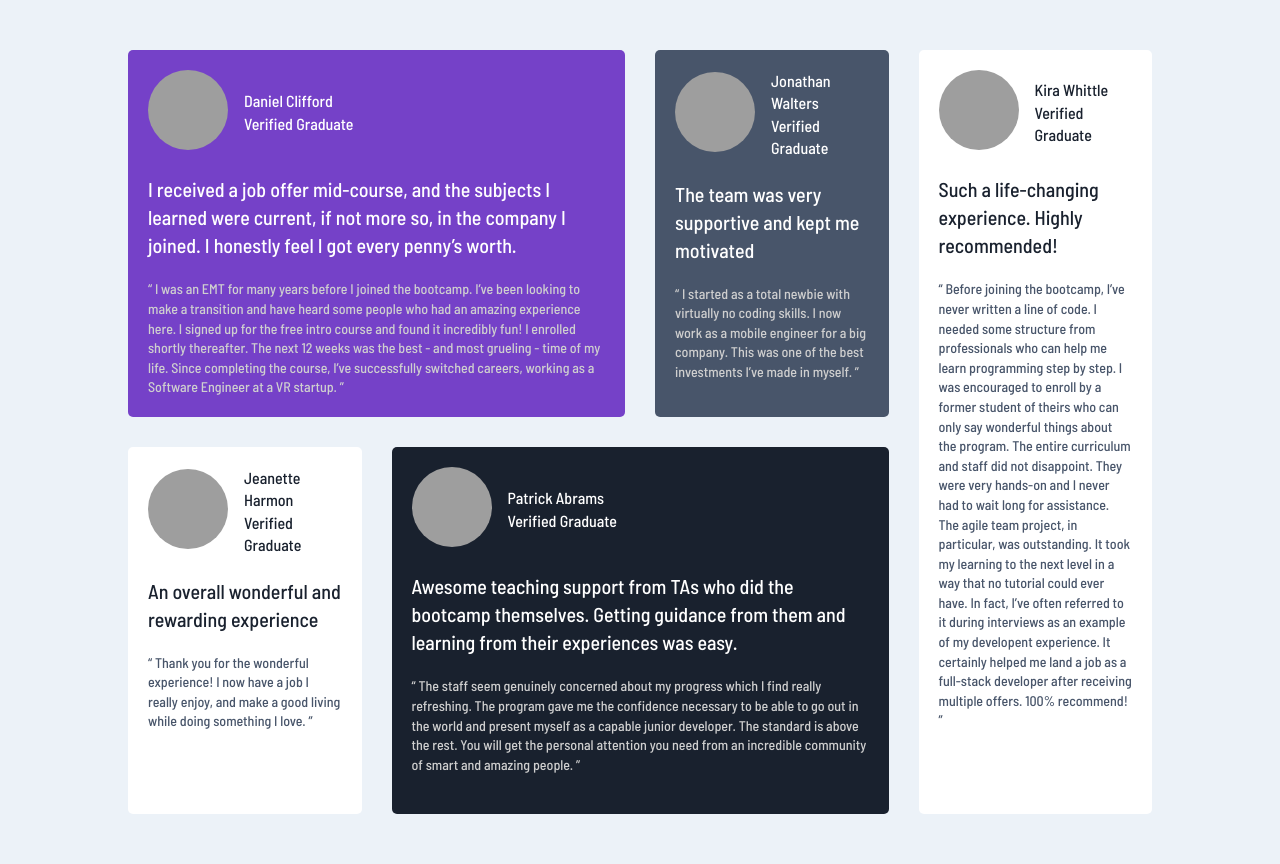
Repository: nptg3105/lab02-testimonials-grid
Page: index.html
An editor plug-in stored every save of this project. The page is shown before and after the next save, followed by the edit.
The browser window is 1280 px wide. The pictures show the whole page.
Pictures or frames that could not be fetched are drawn as grey boxes. The style sheet was rebuilt from its Sass, Less or Tailwind sources for each picture, by a compiler version that may differ from the author's.

Above is the page before, as saved 2021-12-08 22:03:03.

### index.html
<!DOCTYPE html>
<html lang="en">
  <head>
    <meta charset="UTF-8" />
    <meta http-equiv="X-UA-Compatible" content="IE=edge" />
    <meta name="viewport" content="width=device-width, initial-scale=1.0" />
    <title>Lab02 - Testimonials</title>
    <link rel="stylesheet" href="style.css" />
    <link
      href="https://fonts.googleapis.com/css2?family=Barlow+Semi+Condensed:wght@400;500;700&display=swap"
      rel="stylesheet"
    />
  </head>
  <body>
    <div class="container">
      <div class="testimonials">
        <div class="testimonials__item testimonials__item--violet">
          <div class="author">
            <div class="author__avatar">
              <img
                src="https://images.unsplash.com/photo-1570295999919-56ceb5ecca61?ixlib=rb-1.2.1&ixid=MnwxMjA3fDB8MHxzZWFyY2h8OHx8bWFufGVufDB8fDB8fA%3D%3D&auto=format&fit=crop&w=500&q=60"
                alt=""
              />
            </div>
            <div class="author__name">
              <div class="author__name--name">Daniel Clifford</div>
              <div class="author__name--status">Verified Graduate</div>
            </div>
          </div>
          <div class="testimonials__heading">
            I received a job offer mid-course, and the subjects I learned were
            current, if not more so, in the company I joined. I honestly feel I
            got every penny’s worth.
          </div>
          <div class="testimonials__desc">
            “ I was an EMT for many years before I joined the bootcamp. I’ve
            been looking to make a transition and have heard some people who had
            an amazing experience here. I signed up for the free intro course
            and found it incredibly fun! I enrolled shortly thereafter. The next
            12 weeks was the best - and most grueling - time of my life. Since
            completing the course, I’ve successfully switched careers, working
            as a Software Engineer at a VR startup. ”
          </div>
        </div>
        <div class="testimonials__item testimonials__item--grey">
          <div class="author">
            <div class="author__avatar">
              <img
                src="https://images.unsplash.com/photo-1570295999919-56ceb5ecca61?ixlib=rb-1.2.1&ixid=MnwxMjA3fDB8MHxzZWFyY2h8OHx8bWFufGVufDB8fDB8fA%3D%3D&auto=format&fit=crop&w=500&q=60"
                alt=""
              />
            </div>
            <div class="author__name">
              <div class="author__name--name">Jonathan Walters</div>
              <div class="author__name--status">Verified Graduate</div>
            </div>
          </div>

          <div class="testimonials__heading">
            The team was very supportive and kept me motivated
          </div>
          <div class="testimonials__desc">
            “ I started as a total newbie with virtually no coding skills. I now
            work as a mobile engineer for a big company. This was one of the
            best investments I’ve made in myself. ”
          </div>
        </div>
        <div class="testimonials__item testimonials__item--tall">
          <div class="author">
            <div class="author__avatar">
              <img
                src="https://images.unsplash.com/photo-1570295999919-56ceb5ecca61?ixlib=rb-1.2.1&ixid=MnwxMjA3fDB8MHxzZWFyY2h8OHx8bWFufGVufDB8fDB8fA%3D%3D&auto=format&fit=crop&w=500&q=60"
                alt=""
              />
            </div>
            <div class="author__name author__name--black">
              <div class="author__name--name">Kira Whittle</div>
              <div class="author__name--status">Verified Graduate</div>
            </div>
          </div>
          <div class="testimonials__heading testimonials__heading--black">
            Such a life-changing experience. Highly recommended!
          </div>
          <div class="testimonials__desc testimonials__desc--grey">
            “ Before joining the bootcamp, I’ve never written a line of code. I
            needed some structure from professionals who can help me learn
            programming step by step. I was encouraged to enroll by a former
            student of theirs who can only say wonderful things about the
            program. The entire curriculum and staff did not disappoint. They
            were very hands-on and I never had to wait long for assistance. The
            agile team project, in particular, was outstanding. It took my
            learning to the next level in a way that no tutorial could ever
            have. In fact, I’ve often referred to it during interviews as an
            example of my developent experience. It certainly helped me land a
            job as a full-stack developer after receiving multiple offers. 100%
            recommend! ”
          </div>
        </div>
        <div class="testimonials__item testimonials__item--white">
          <div class="author">
            <div class="author__avatar">
              <img
                src="https://images.unsplash.com/photo-1570295999919-56ceb5ecca61?ixlib=rb-1.2.1&ixid=MnwxMjA3fDB8MHxzZWFyY2h8OHx8bWFufGVufDB8fDB8fA%3D%3D&auto=format&fit=crop&w=500&q=60"
                alt=""
              />
            </div>
            <div class="author__name author__name--black">
              <div class="author__name--name">Jeanette Harmon</div>
              <div class="author__name--status">Verified Graduate</div>
            </div>
          </div>
          <div class="testimonials__heading testimonials__heading--black">
            An overall wonderful and rewarding experience
          </div>
          <div class="testimonials__desc testimonials__desc--grey">
            “ Thank you for the wonderful experience! I now have a job I really
            enjoy, and make a good living while doing something I love. ”
          </div>
        </div>
        <div class="testimonials__item testimonials__item--black">
          <div class="author">
            <div class="author__avatar">
              <img
                src="https://images.unsplash.com/photo-1570295999919-56ceb5ecca61?ixlib=rb-1.2.1&ixid=MnwxMjA3fDB8MHxzZWFyY2h8OHx8bWFufGVufDB8fDB8fA%3D%3D&auto=format&fit=crop&w=500&q=60"
                alt=""
              />
            </div>
            <div class="author__name">
              <div class="author__name--name">Patrick Abrams</div>
              <div class="author__name--status">Verified Graduate</div>
            </div>
          </div>
          <div class="testimonials__heading">
            Awesome teaching support from TAs who did the bootcamp themselves.
            Getting guidance from them and learning from their experiences was
            easy.
          </div>
          <div class="testimonials__desc">
            “ The staff seem genuinely concerned about my progress which I find
            really refreshing. The program gave me the confidence necessary to
            be able to go out in the world and present myself as a capable
            junior developer. The standard is above the rest. You will get the
            personal attention you need from an incredible community of smart
            and amazing people. ”
          </div>
        </div>
      </div>
    </div>
  </body>
</html>

### style.scss
$font-main:'Barlow Semi Condensed',
sans-serif;
$violet-color:#7541c8;
$grey-color: #48556a;
$light-grey-color: #cfcfcf;
$white-color: #fff;
$bg-color: #ecf2f8;
$black-color: #19212e;

* {
    box-sizing: border-box;
    margin: 0;
    padding: 0;
}

body {
    background-color: $bg-color;
    font-weight: 500;
    // letter-spacing: 2px;
    line-height: 1.4;

}

.container {
    max-width: 1024px;
    margin: 50px auto;

}

.testimonials {
    font-family: $font-main;
    display: grid;
    gap: 30px;
    grid-template-columns: repeat(4, 1fr);
    grid-template-rows: repeat(2, 1fr);
    grid-template-areas: "violet-area violet-area grey-area white-tall-area"
        "white-area black-area black-area white-tall-area";
    color: $white-color;

    &__item {
        border-radius: 5px;
        padding: 20px;

        &--violet {
            background-color: $violet-color;
            grid-area: violet-area;
        }

        &--grey {
            background-color: $grey-color;
            grid-area: grey-area;
        }

        &--tall {
            background-color: $white-color;
            grid-area: white-tall-area;

        }

        &--white {
            background-color: $white-color;
            grid-area: white-area;
        }

        &--black {
            background-color: $black-color;
            grid-area: black-area;
        }
    }

    &__heading {
        margin: 20px 0;
        font-size: 20px;
    }

    &__heading--black {
        color: $black-color;
    }

    &__desc {
        font-size: 14px;
        color: $light-grey-color;
    }

    &__desc--grey {
        color: $grey-color;
    }
}

.author {
    display: flex;
    align-items: center;

    &__name--black {
        color: $black-color;
    }

    &__avatar {
        margin-right: 16px;

        img {
            object-fit: cover;
            width: 80px;
            height: 80px;
            border-radius: 50%;

        }
    }

}

After the next save:
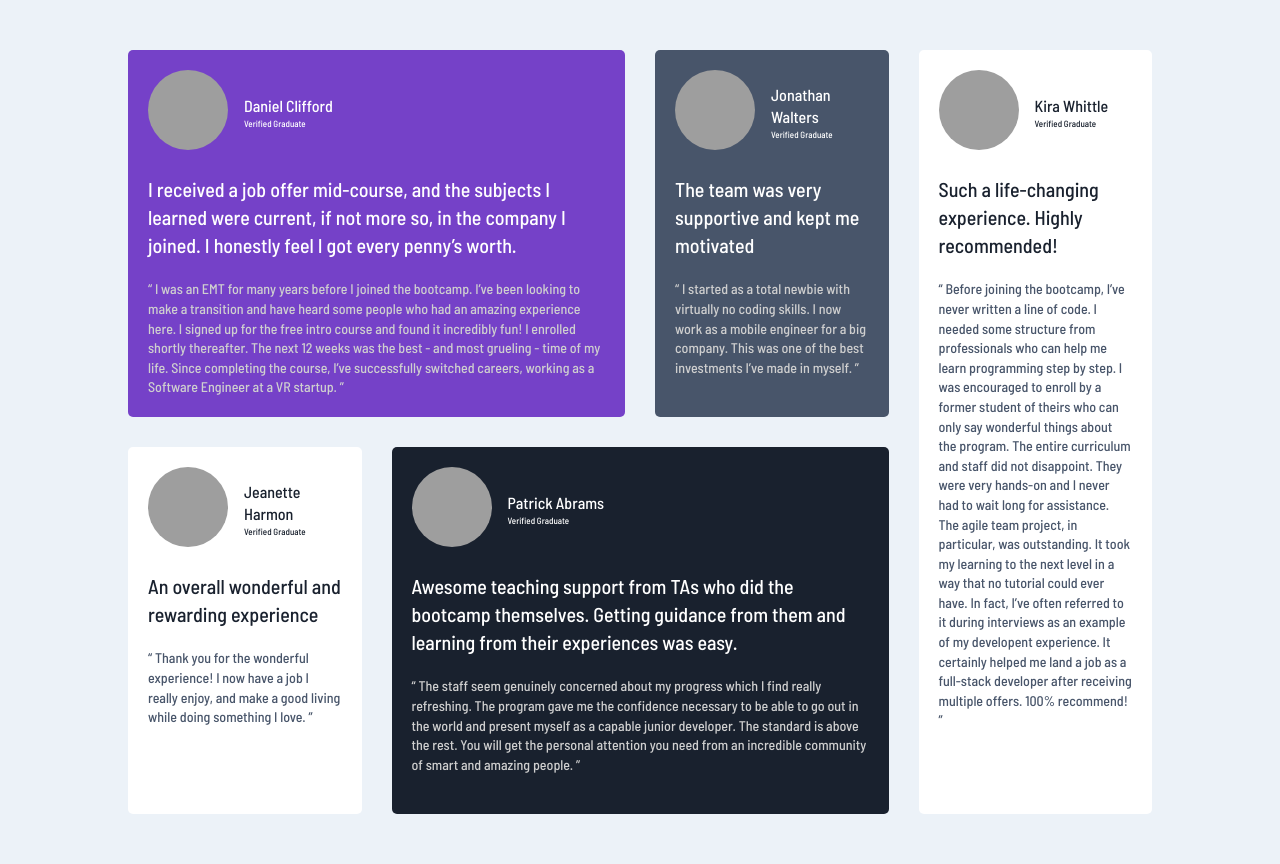
Saved 8 min 7 s later.
--- a/style.scss
+++ b/style.scss
@@ -107,4 +107,8 @@ body {
         }
     }
 
+    &__name--status {
+        font-size: 9px;
+    }
+
 }
